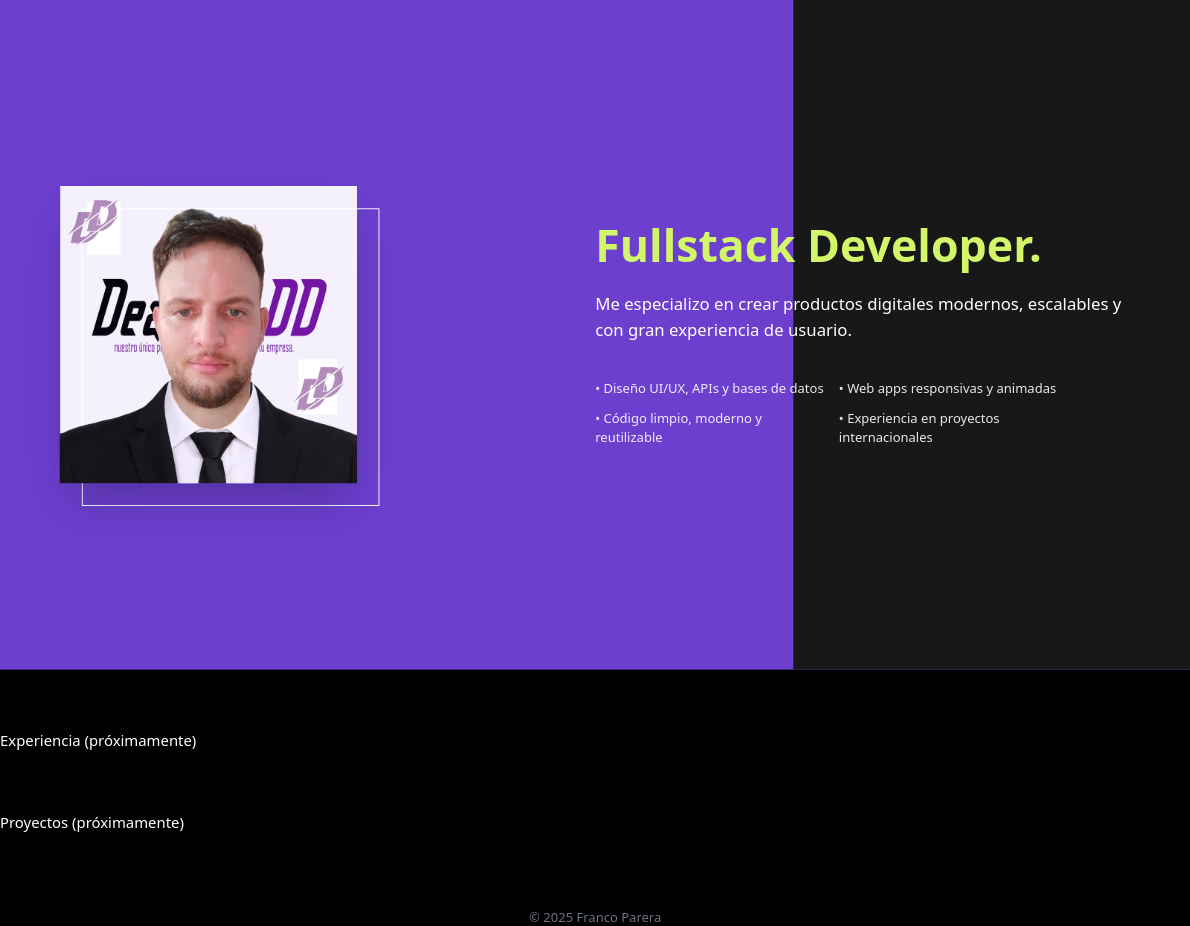
Repository: francoluca35/portfolio-franco-dev
Page: /
The author's editor kept a copy of each file at every save. The page is drawn from the files as they stood at one save, then again after the next save.
The browser window is 1280 px wide. The pictures show the whole page, at 93% of full size.
The project was rebuilt for these pictures with package versions that can differ from the ones it lists, and the page was loaded fresh each time. The framework's server and built-in components were replaced by stand-ins that run in the browser. Also part of the build but not shown: next.config.js.

Above is the page before, as saved 2025-05-06 01:13:50.

### app/layout.jsx
import "../styles/globals.css";

export const metadata = {
  title: "Franco Parera | Desarrollador Web Fullstack",
  description:
    "Portfolio de Franco Parera, desarrollador web especializado en React, Next.js y soluciones escalables.",
  keywords:
    "desarrollador web, portfolio, frontend, backend, next.js, react, diseño web, SEO, Buenos Aires",
  authors: [{ name: "Franco Parera" }],
  creator: "Franco Parera",
  openGraph: {
    title: "Franco Parera | Desarrollador Web",
    description:
      "Conocé mis proyectos como desarrollador web fullstack. Diseño moderno, rendimiento y SEO.",
    url: "https://tusitio.com",
    siteName: "Franco Parera | Portfolio",
    images: [
      {
        url: "https://tusitio.com/og-image.jpg",
        width: 1200,
        height: 630,
        alt: "Imagen portfolio Franco",
      },
    ],
    locale: "es_AR",
    type: "website",
  },
  twitter: {
    card: "summary_large_image",
    title: "Franco Parera | Desarrollador Web",
    description:
      "Portfolio profesional de Franco Parera con proyectos reales, experiencia y habilidades técnicas.",
    images: ["https://tusitio.com/og-image.jpg"],
  },
};

export default function RootLayout({ children }) {
  return (
    <html lang="es">
      <head>
        <meta name="viewport" content="width=device-width, initial-scale=1" />
        <link rel="icon" href="/favicon.ico" />
      </head>
      <body className="bg-black text-white antialiased">{children}</body>
    </html>
  );
}

### app/page.jsx
"use client";

import Hero from "../components/Hero";
import Experience from "../components/Experience";
import Projects from "../components/Projects";
import Footer from "../components/Footer";

export default function Home() {
  return (
    <>
      <header>{/* Podés agregar navegación aquí si tenés */}</header>

      <main>
        <section id="inicio">
          <Hero />
        </section>

        <section id="experiencia">
          <Experience />
        </section>

        <section id="proyectos">
          <Projects />
        </section>
      </main>

      <footer>
        <Footer />
      </footer>
    </>
  );
}

### components/Hero.jsx
"use client";
import { motion } from "framer-motion";
import Image from "next/image";

export default function Hero() {
  return (
    <section className="relative w-full min-h-screen bg-[#6C3FCF] text-white flex items-center justify-center px-6 sm:px-12 py-20">
      {/* Fondo negro a la derecha solo en desktop */}
      <div className="hidden md:block absolute top-0 right-0 w-1/3 h-full bg-[#181818] z-0" />

      {/* Contenido */}
      <div className="relative z-10 max-w-6xl w-full flex flex-col items-center md:flex-row md:items-center md:justify-between gap-10 md:gap-0">
        {/* Imagen arriba en mobile, a la derecha en desktop */}
        <motion.div
          initial={{ opacity: 0, scale: 0.95 }}
          animate={{ opacity: 1, scale: 1 }}
          transition={{ duration: 0.6 }}
          className="relative flex justify-center"
        >
          {/* Cuadro blanco detrás */}
          <div className="absolute top-6 left-6 w-60 h-60 md:w-80 md:h-80 border border-white z-0" />

          {/* Imagen principal */}
          <div className="relative w-60 h-60 md:w-80 md:h-80 shadow-2xl overflow-hidden z-10">
            <Image
              src="/assets/yo-franco.png"
              alt="Foto de Franco"
              fill
              className="object-cover"
              priority
            />
          </div>
        </motion.div>

        {/* Texto debajo en mobile, izquierda en desktop */}
        <div className="text-center md:text-left md:w-1/2 space-y-6">
          <motion.h1
            initial={{ opacity: 0, y: 20 }}
            animate={{ opacity: 1, y: 0 }}
            transition={{ duration: 0.6 }}
            className="text-4xl sm:text-5xl font-extrabold text-[#D3F56A]"
          >
            Fullstack Developer.
          </motion.h1>

          <motion.p
            initial={{ opacity: 0, y: 20 }}
            animate={{ opacity: 1, y: 0 }}
            transition={{ delay: 0.2, duration: 0.6 }}
            className="text-base sm:text-lg text-white max-w-xl mx-auto md:mx-0"
          >
            Me especializo en crear productos digitales modernos, escalables y
            con gran experiencia de usuario.
          </motion.p>

          <div className="grid grid-cols-1 sm:grid-cols-2 gap-3 text-sm text-white/90 max-w-lg mx-auto md:mx-0 pt-4">
            <p>• Diseño UI/UX, APIs y bases de datos</p>
            <p>• Web apps responsivas y animadas</p>
            <p>• Código limpio, moderno y reutilizable</p>
            <p>• Experiencia en proyectos internacionales</p>
          </div>
        </div>
      </div>
    </section>
  );
}

### components/Experience.jsx
export default function Experience() { return <section className="my-16">Experiencia (próximamente)</section>; }

### components/Projects.jsx
export default function Projects() { return <section className="my-16">Proyectos (próximamente)</section>; }

### components/Footer.jsx
export default function Footer() { return <footer className="mt-20 text-center text-sm text-gray-500">© 2025 Franco Parera</footer>; }

### tailwind.config.js
/** @type {import('tailwindcss').Config} */
module.exports = {
  content: [
    "./app/**/*.{js,ts,jsx,tsx}",
    "./components/**/*.{js,ts,jsx,tsx}",
  ],
  darkMode: 'class',
  theme: {
    extend: {},
  },
  plugins: [],
}

### components/Nav.jsx
"use client";

import Link from "next/link";

export default function Nav() {
  return (
    <nav className="bg-black text-white px-6 py-4 shadow-md fixed top-0 w-full z-50">
      <ul className="flex justify-center gap-6">
        <li>
          <Link href="#inicio">Inicio</Link>
        </li>
        <li>
          <Link href="#experiencia">Experiencia</Link>
        </li>
        <li>
          <Link href="#proyectos">Proyectos</Link>
        </li>
        <li>
          <Link href="#contacto">Contacto</Link>
        </li>
      </ul>
    </nav>
  );
}

Loaded but not shown: styles/globals.css (common file)

After the next save:
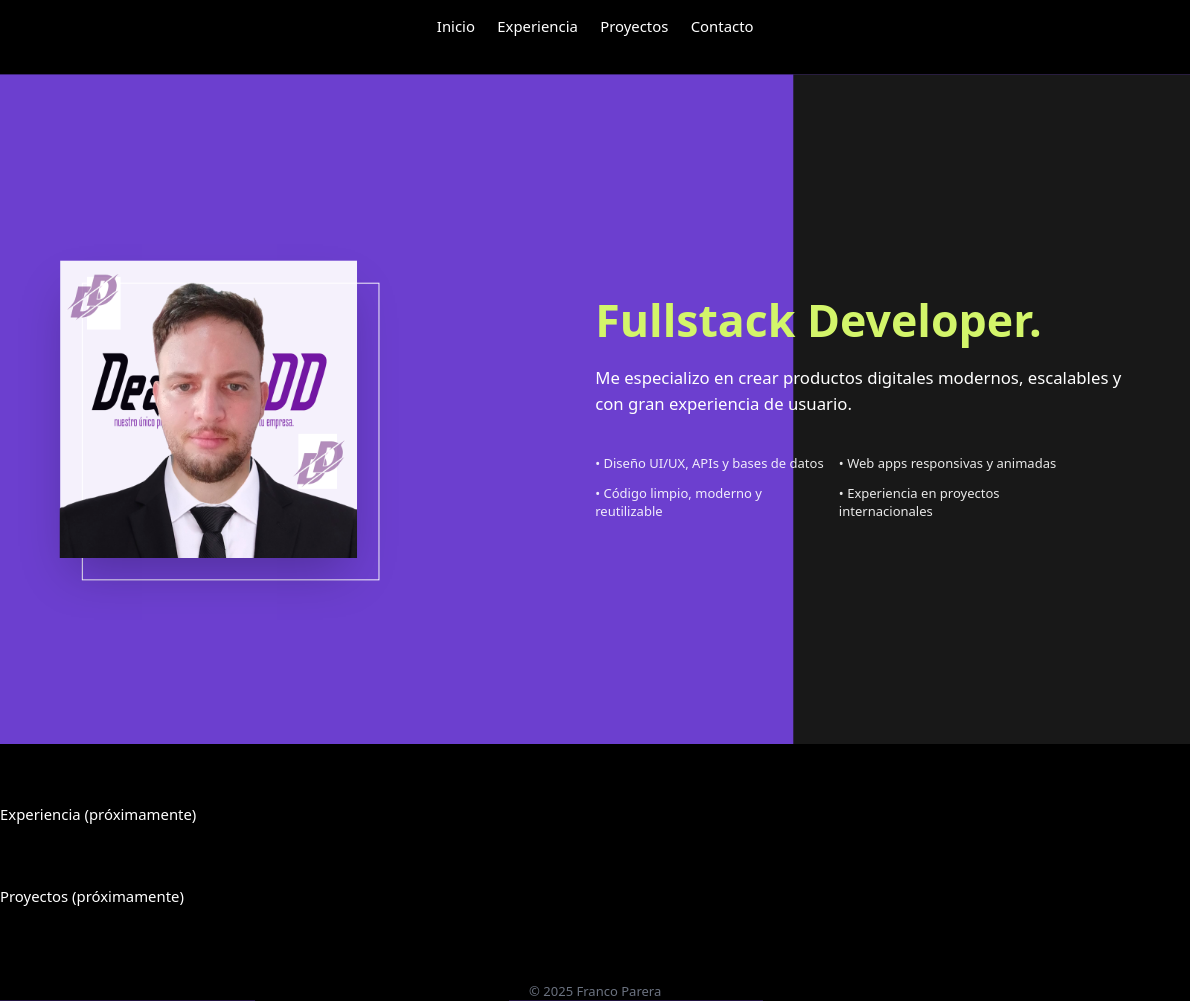
Saved 28 s later.
--- a/app/layout.jsx
+++ b/app/layout.jsx
@@ -1,3 +1,4 @@
+import Nav from "../components/Nav";
 import "../styles/globals.css";
 
 export const metadata = {
@@ -41,7 +42,11 @@ export default function RootLayout({ children }) {
         <meta name="viewport" content="width=device-width, initial-scale=1" />
         <link rel="icon" href="/favicon.ico" />
       </head>
-      <body className="bg-black text-white antialiased">{children}</body>
+      <body className="bg-black text-white antialiased">
+        <Nav />
+        <div className="pt-20">{children}</div>{" "}
+        {/* Deja espacio para el nav fijo */}
+      </body>
     </html>
   );
 }
